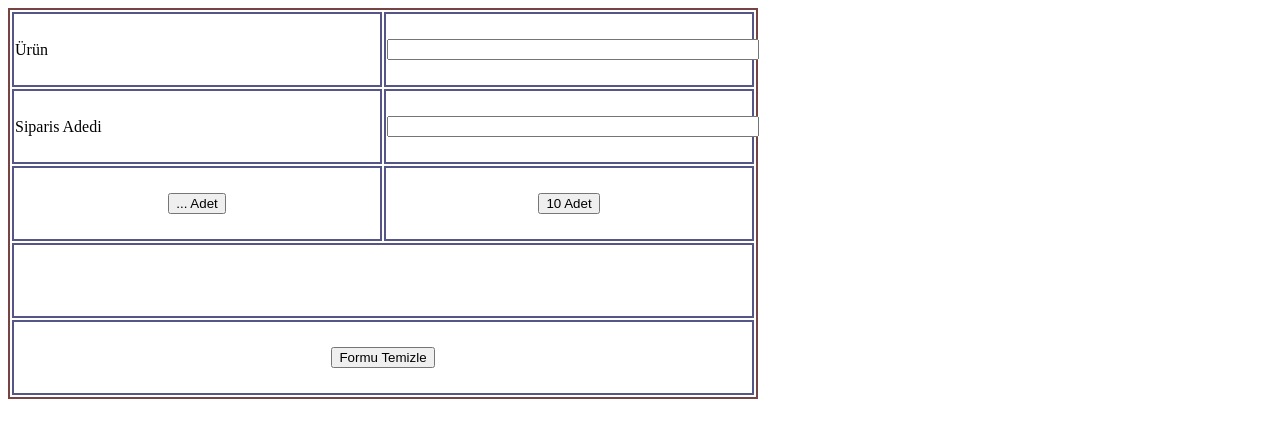
Repository: emrebolukbas/.js-Training-Tobeto
Page: 3-Siparis/public/Siparis.html
The author's editor kept a copy of each file at every save. The page is drawn from the files as they stood at one save, then again after the next save.
The browser window is 1280 px wide. The pictures show the whole page.

Above is the page before, as saved 2023-10-08 12:33:35.

### 3-Siparis/public/Siparis.html
<!DOCTYPE html>
<html>
<head>
	<meta charset="UTF-8">
	<title> 3- Siparis 1.0 </title>
	<script type="text/javascript" src="Siparis.js"></script>
	<link rel="stylesheet" href="Siparis.css">
</head>
<body>

	<table class="table-1">
		<tr class="tr-1">
			<td>
				Ürün
			</td>
			<td>
				<input id="input-1" type="text">
			</td>
		</tr>
		<tr class="tr-1">
			<td>
				Siparis Adedi
			</td>
			<td>
				<input id="input-2" type="text">
			</td>
		</tr>
		<tr class="tr-2">
			<td class="td-1">
				<button class="button-1" onclick="adetSiparis()"> ... Adet </button>
			</td>
			<td class="td-1">
				<button class="button-1" onclick="onSiparis()"> 10 Adet </button>
			</td>
		</tr>
		<tr class="tr-2">
			<td colspan="2">
				<p id="p-1"></p>
			</td>
		</tr>
		<tr class="tr-2">
			<td colspan="2">
				<button class="button-2" id="button-3" onclick="temizle()"> Formu Temizle </button>
			</td>
		</tr>

	</table>

</body>
</html>

### 3-Siparis/public/Siparis.css
@charset "UTF-8";

table.table-1 {
	table-layout: fixed;
	width: 750px;
	border: solid 2px #744;
}

tr.tr-1 {
	height: 75px;
}
tr.tr-1 input {
	width: 100%;
}

/* Çizelgenin ikinci tür satırları için Css stilli */

tr.tr-2 {
	text-align: center;
	height: 75px;
}

td {
	border: solid 2px #558;
}

td .td-1 {
	text-align: center;
}

button .button-1 {
	width: 220px;
	color: #33e;
	font-weight: 900;
}

button .button-1 {
	background-color: #aa4;
	width: 60%;
}

Loaded but not shown: 3-Siparis/public/Siparis.js (common file)

After the next save:
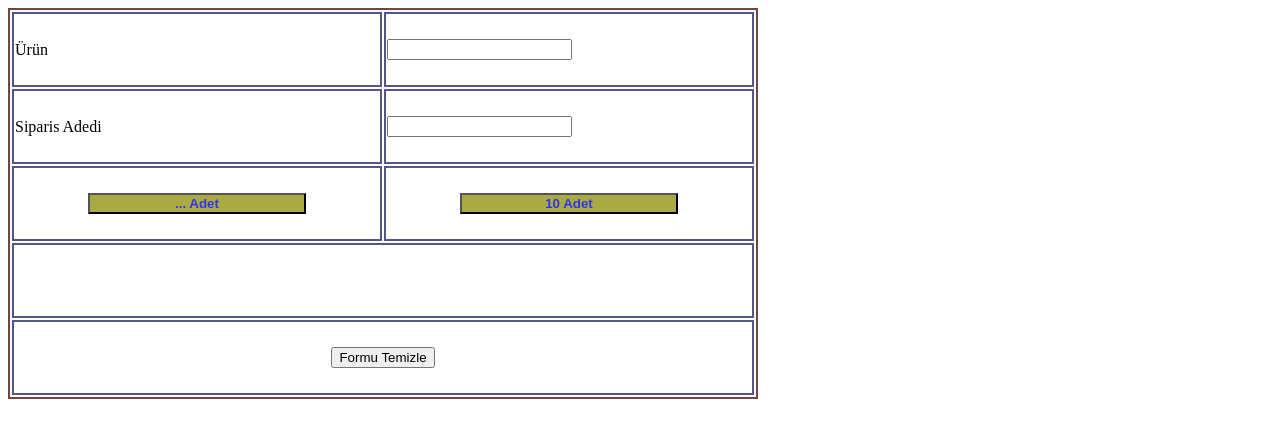
Saved 27 s later.
--- a/3-Siparis/public/Siparis.css
+++ b/3-Siparis/public/Siparis.css
@@ -8,9 +8,6 @@ table.table-1 {
 
 tr.tr-1 {
 	height: 75px;
-}
-tr.tr-1 input {
-	width: 100%;
 }
 
 /* Çizelgenin ikinci tür satırları için Css stilli */
@@ -24,17 +21,17 @@ td {
 	border: solid 2px #558;
 }
 
-td .td-1 {
+td.td-1 {
 	text-align: center;
 }
 
-button .button-1 {
+button.button-1 {
 	width: 220px;
 	color: #33e;
 	font-weight: 900;
 }
 
-button .button-1 {
+button.button-1 {
 	background-color: #aa4;
 	width: 60%;
 }
